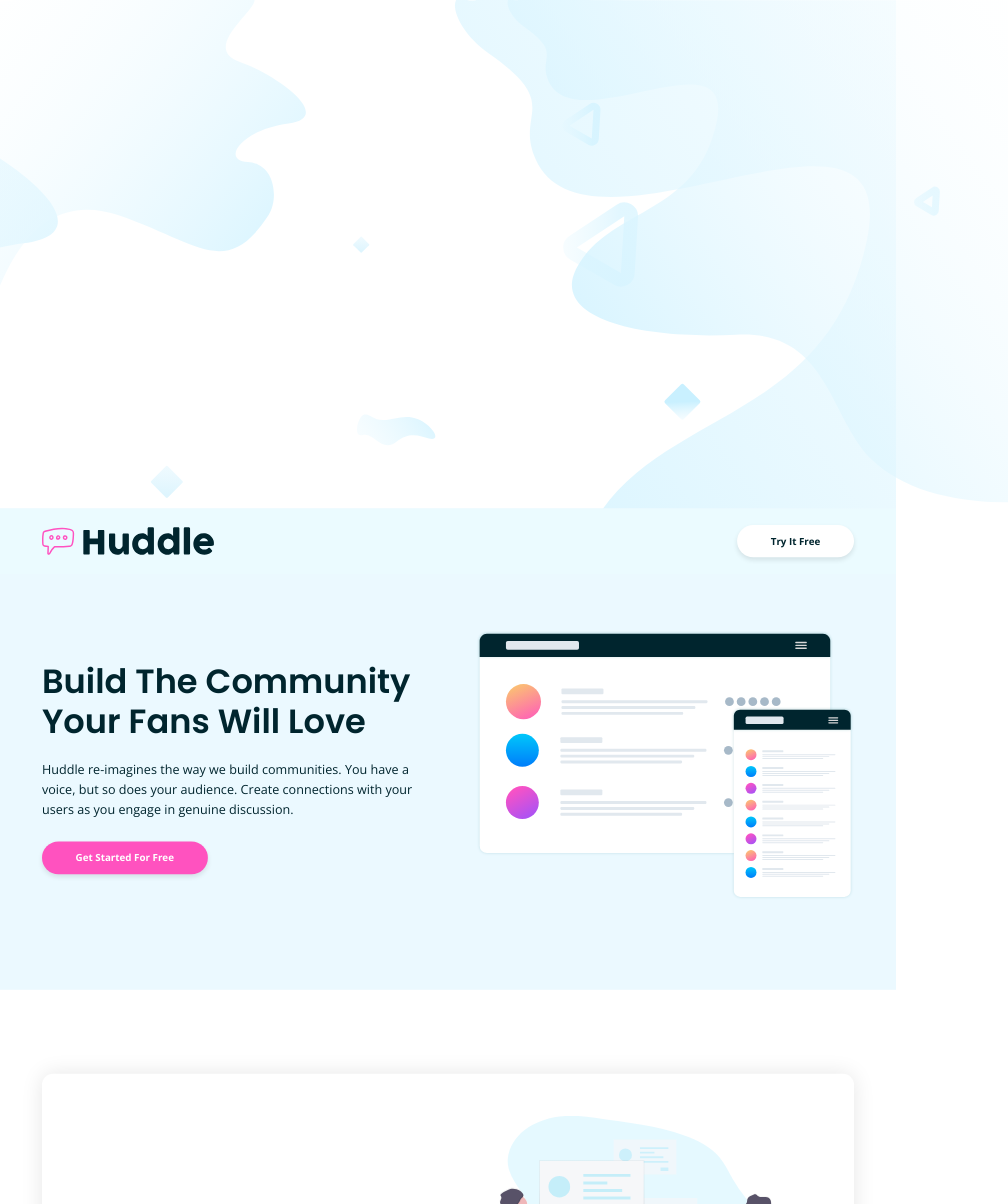
Repository: blordeus/huddle-landing-page
Page: index.html
These files come from the project's save history. The page is drawn as it stood at one moment and after a run of saves; the edit follows.
The browser window is 1280 px wide. The page is 1440 px wide, then 1280 px, so the pictures cover 1440 px, including what lies to the right of the window. The pictures show the part of the page from y = 0 to 1720 px (the page is 4031 px tall before and 3305 px after), at 70% of full size.

Above is the page before, as saved 2025-07-01 11:30:39.

### index.html
<!DOCTYPE html>
<html lang="en">
<head>
  <meta charset="UTF-8">
  <meta name="viewport" content="width=device-width, initial-scale=1.0">
  <link rel="icon" type="image/png" sizes="32x32" href="./images/favicon-32x32.png">
  <title>Frontend Mentor | Huddle landing page with alternating feature blocks</title>

  <!-- Google Fonts -->
  <link rel="preconnect" href="https://fonts.googleapis.com">
  <link rel="preconnect" href="https://fonts.gstatic.com" crossorigin>
  <link href="https://fonts.googleapis.com/css2?family=Poppins:wght@600&family=Open+Sans:wght@400;700&display=swap" rel="stylesheet">
  <link rel="stylesheet" type="text/css" href="styles.css" />

  <!-- Font Awesome for social icons -->
  <link rel="stylesheet" href="https://cdnjs.cloudflare.com/ajax/libs/font-awesome/6.0.0/css/all.min.css">
</head>

<body>
  <section class="bg-wrapper">
    <img src="./images/bg-hero-desktop.svg" alt="">
  <!-- Header -->
  <header class="header">
    <div class="container">
      <div class="header-content">
        <img src="./images/logo.svg" alt="Logo">
        <a href="#" class="btn btn-outline">Try It Free</a>
      </div>
    </div>
  </header>

  <!-- Hero Section -->
  <section class="hero">
    <div class="container">
      <div class="hero-content">
        <div class="hero-text">
          <h1>Build The Community Your Fans Will Love</h1>
          <p>Huddle re-imagines the way we build communities. You have a voice, but so does your audience. Create connections with your users as you engage in genuine discussion.</p>
          <a href="#" class="btn">Get Started For Free</a>
        </div>
        <div class="hero-image">
          <img src="./images/illustration-mockups.svg" alt="Desktop and mobile chat interface showing community conversations">
        </div>
      </div>
    </div>
  </section>
  </section>

  <!-- Features Section -->
  <section class="features">
    <div class="container">
      <div class="feature">
        <div class="feature-content">
          <h2>Grow Together</h2>
          <p>Generate meaningful discussions with your audience and build a strong, loyal community. Think of the insightful conversations you miss out on with a feedback form.</p>
        </div>
        <div class="feature-image">
          <img src="./images/illustration-grow-together.svg" alt="Illustration of people having meaningful conversations and building community">
        </div>
      </div>

      <div class="feature">
        <div class="feature-content">
          <h2>Flowing Conversations</h2>
          <p>You wouldn't paginate a conversation in real life, so why do it online? Our threads have just-in-time loading for a more natural flow.</p>
        </div>
        <div class="feature-image">
          <img src="./images/illustration-flowing-conversation.svg" alt="Illustration of natural flowing conversation interface with seamless chat threads">
        </div>
      </div>

      <div class="feature">
        <div class="feature-content">
          <h2>Your Users</h2>
          <p>It takes no time at all to integrate Huddle with your app's authentication solution. This means, once signed in to your app, your users can start chatting immediately.</p>
        </div>
        <div class="feature-image">
          <img src="./images/illustration-your-users.svg" alt="Illustration showing easy user authentication and immediate chat access">
        </div>
      </div>
    </div>
  </section>

  <!-- Call to Action -->
  <section class="cta">
    <div class="container">
      <h2>Ready To Build Your Community?</h2>
      <a href="#" class="btn">Get Started For Free</a>
    </div>
  </section>

  <!-- Footer -->
  <footer class="footer">
    <div class="container">
      <a href="#" class="footer-logo">
            <img src="./images/logo.svg" alt="">
          </a>
      <div class="footer-content">
        <div class="footer-info">
          <div class="contact-info">
            <div class="contact-item">
              <img src="./images/icon-location.svg" alt="">
              <p>Lorem ipsum dolor sit amet, consectetur adipiscing elit, sed do eiusmod tempor incididunt ut labore et dolore magna aliqua</p>
            </div>
            <div class="contact-item">
              <img src="./images/icon-phone.svg" alt="">
              <p>+1-543-123-4567</p>
            </div>
            <div class="contact-item">
              <img src="./images/icon-email.svg" alt="">
              <p>example@huddle.com</p>
            </div>
          </div>
        </div>

        <div class="footer-links">
          <a href="#">About Us</a>
          <a href="#">What We Do</a>
          <a href="#">FAQ</a>
        </div>

        <div class="footer-links">
          <a href="#">Career</a>
          <a href="#">Blog</a>
          <a href="#">Contact Us</a>
        </div>

        <div class="social-icons">
          <a href="#" class="social-icon" aria-label="Facebook">
            <i class="fab fa-facebook-f"></i>
          </a>
          <a href="#" class="social-icon" aria-label="Twitter">
            <i class="fab fa-twitter"></i>
          </a>
          <a href="#" class="social-icon" aria-label="Instagram">
            <i class="fab fa-instagram"></i>
          </a>
        </div>
      </div>

      <div class="copyright">
        <p>&copy; Copyright 2018 Huddle. All rights reserved.</p>
      </div>
    </div>

    <p class="attribution">
      Challenge by <a href="https://www.frontendmentor.io?ref=challenge" target="_blank">Frontend Mentor</a>.
      Coded by <a href="#">Your Name Here</a>.
    </p>
  </footer>
</body>
</html>

### styles.css
    * {
      margin: 0;
      padding: 0;
      box-sizing: border-box;
    }

    body {
      font-family: 'Open Sans', sans-serif;
      font-size: 18px;
      line-height: 1.6;
      color: hsl(192, 100%, 9%);
    }

    .container {
      max-width: 1200px;
      margin: 0 auto;
      padding: 0 20px;
    }

    .bg-wrapper {
      background-image: url('./images/bg-hero-desktop.svg');
      background-size: cover;
      background-position: center;
    }

    /* Header */
    .header {
      background: hsl(193, 100%, 96%);
      padding: 24px 0;
    }

    .header-content {
      display: flex;
      justify-content: space-between;
      align-items: center;
    }

    .header-content img {
      height: 40px;
    }

    .btn {
      background: hsl(322, 100%, 66%);
      color: white;
      border: none;
      padding: 12px 48px;
      border-radius: 24px;
      font-family: 'Open Sans', sans-serif;
      font-weight: 700;
      font-size: 14px;
      cursor: pointer;
      text-decoration: none;
      display: inline-block;
      transition: opacity 0.3s ease;
      box-shadow: 0 4px 8px rgba(0, 0, 0, 0.1);
    }

    .btn:hover {
      opacity: 0.8;
    }

    .btn-outline {
      background: white;
      box-shadow: 0 4px 8px rgba(0, 0, 0, 0.1);
      color: #00252E;
    }

    .btn-outline:hover {
      color: #808E9A;
    }

    /* Hero Section */
    .hero {
      background: hsl(199, 100%, 96%);
      padding: 80px 0 120px;
    }

    .hero-content {
      display: grid;
      grid-template-columns: 1fr 1fr;
      gap: 80px;
      align-items: center;
    }

    .hero-text h1 {
      font-family: 'Poppins', sans-serif;
      font-weight: 600;
      font-size: 48px;
      line-height: 1.2;
      margin-bottom: 24px;
      color: hsl(192, 100%, 9%);
    }

    .hero-text p {
      font-size: 18px;
      color: hsl(192, 100%, 9%);
      margin-bottom: 32px;
      line-height: 1.6;
    }

    .hero-image {
      text-align: center;
    }

    .hero-image img {
      max-width: 100%;
      height: auto;
    }

    /* Features Section */
    .features {
      padding: 120px 0;
    }

    .feature {
      display: grid;
      grid-template-columns: 1fr 1fr;
      gap: 80px;
      align-items: center;
      margin-bottom: 20px;
      background: white;
      padding: 60px;
      border-radius: 16px;
      box-shadow: 0 0 30px rgba(0, 0, 0, 0.1);
    }

    .feature:nth-child(even) .feature-content {
      order: 2;
    }

    .feature:nth-child(even) .feature-image {
      order: 1;
    }

    .feature h2 {
      font-family: 'Poppins', sans-serif;
      font-weight: 600;
      font-size: 32px;
      margin-bottom: 16px;
      color: hsl(192, 100%, 9%);
    }

    .feature p {
      color: hsl(208, 11%, 55%);
      line-height: 1.6;
    }

    .feature-image {
      text-align: center;
    }

    .feature-image img {
      max-width: 100%;
      height: auto;
    }

    /* Call to Action */
    .cta {
      text-align: center;
      padding: 80px 0;
      background: white;
      width: 50%;
      margin: 0 auto;
      box-sizing: border-box;
      border-radius: 16px;
      box-shadow: 0 0 30px rgba(0, 0, 0, 0.1);
      position: relative;
      z-index: 2;
      transform: translateY(20%);
    }

    .cta a {
      background: hsl(322, 100%, 66%);
      color: white;
      padding: 16px 64px;
      border-radius: 24px;
      font-family: 'Open Sans', sans-serif;
      font-weight: 700;
      font-size: 14px;
      cursor: pointer;
      text-decoration: none;
      display: inline-block;
      transition: opacity 0.3s ease;
      box-shadow: 0 4px 8px rgba(0, 0, 0, 0.1);

    }

    .cta h2 {
      font-family: 'Poppins', sans-serif;
      font-weight: 600;
      font-size: 32px;
      margin-bottom: 32px;
      color: hsl(192, 100%, 9%);
    }

    /* Footer */
    .footer {
      background: hsl(192, 100%, 9%);
      color: white;
      padding: 120px 0 40px;
    }

    .footer-content {
      display: grid;
      grid-template-columns: 2fr 1fr 1fr 1fr;
      gap: 60px;
      margin-bottom: 40px;
    }

    .footer-logo {
      display: flex;
      align-items: center;
      gap: 8px;
      font-family: 'Poppins', sans-serif;
      font-weight: 600;
      font-size: 24px;
      color: white;
      text-decoration: none;
      margin-bottom: 24px;
    }

    .footer-logo .logo-icon {
      background: white;
      color: hsl(322, 100%, 66%);
    }

    .contact-info {
      display: flex;
      flex-direction: column;
      gap: 16px;
    }

    .contact-item {
      display: flex;
      align-items: flex-start;
      gap: 16px;
    }

    .contact-item i {
      margin-top: 4px;
      width: 16px;
    }

    .footer-links {
      display: flex;
      flex-direction: column;
      gap: 12px;
    }

    .footer-links a {
      color: white;
      text-decoration: none;
      transition: color 0.3s ease;
    }

    .footer-links a:hover {
      color: hsl(322, 100%, 66%);
    }

    .social-icons {
      display: flex;
      gap: 16px;
      justify-content: center;
    }

    .social-icon {
      width: 40px;
      height: 40px;
      border: 1px solid white;
      border-radius: 50%;
      display: flex;
      align-items: center;
      justify-content: center;
      color: white;
      text-decoration: none;
      transition: all 0.3s ease;
    }

    .social-icon:hover {
      color: hsl(322, 100%, 66%);
      border-color: hsl(322, 100%, 66%);
    }

    .copyright {
      text-align: center;
      font-size: 14px;
      color: hsl(208, 11%, 55%);
      padding-top: 40px;
      border-top: 1px solid hsl(208, 11%, 55%);
    }

    .attribution {
      font-size: 11px;
      text-align: center;
      margin-top: 20px;
    }

    .attribution a {
      color: hsl(228, 45%, 44%);
    }

    /* Responsive Design */
    @media (max-width: 768px) {
      .container {
        padding: 0 16px;
      }

      .hero {
        background-image: url('./images/bg-hero.svg');
      }

      .header-content {
        flex-direction: column;
        gap: 20px;
      }

      .hero-content {
        grid-template-columns: 1fr;
        gap: 40px;
        text-align: center;
      }

      .hero-text h1 {
        font-size: 32px;
      }

      .feature {
        grid-template-columns: 1fr;
        gap: 40px;
        padding: 40px 20px;
        text-align: center;
      }

      .feature:nth-child(even) .feature-content,
      .feature:nth-child(even) .feature-image {
        order: unset;
      }

      .footer-content {
        grid-template-columns: 1fr;
        gap: 40px;
        text-align: center;
      }

      .social-icons {
        justify-content: center;
      }

      .cta {
        margin: 0 16px;
        padding: 40px 20px;
      }

      .cta h2 {
        font-size: 24px;
      }
    }

After the next 2 saves:
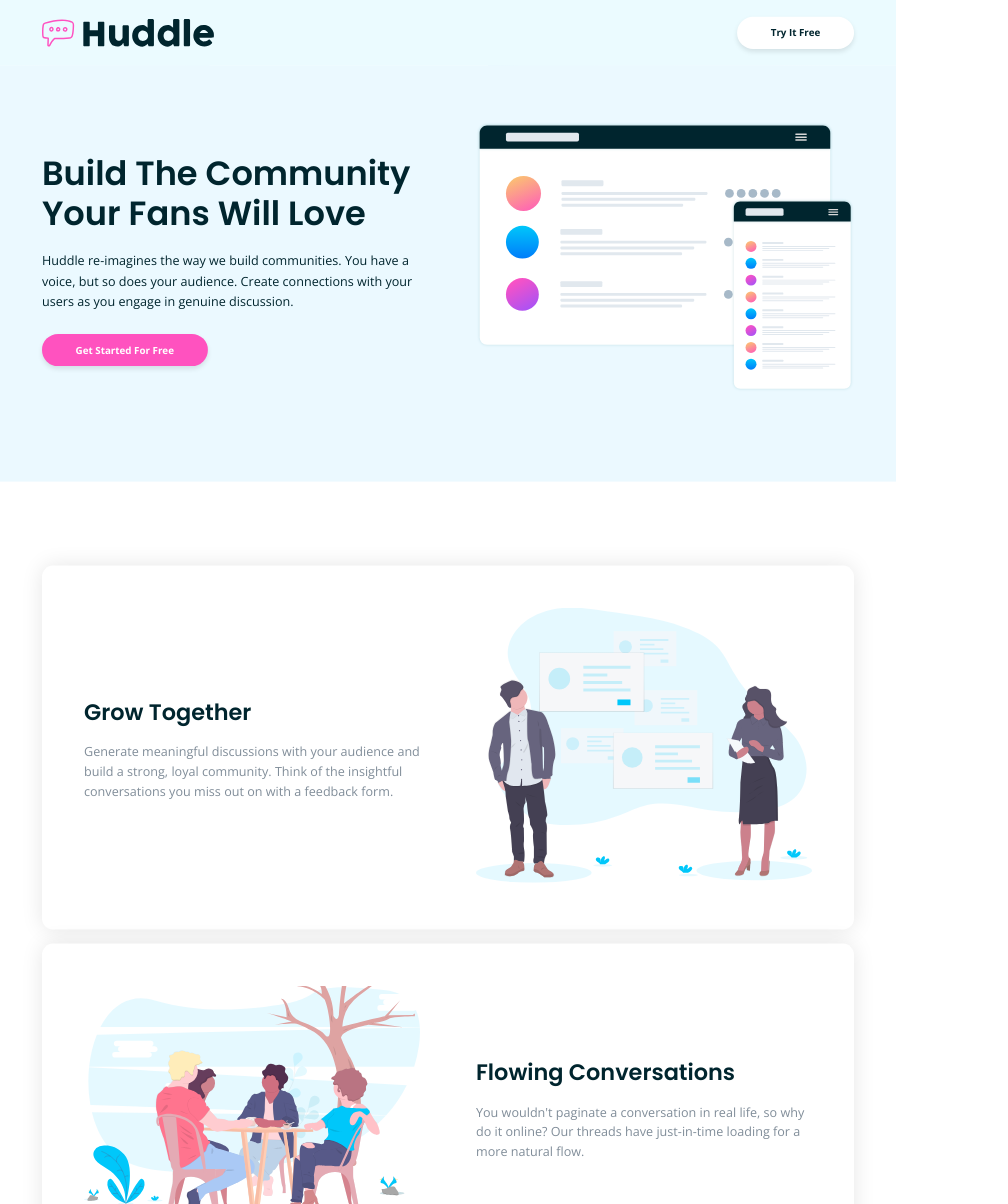
The 2 saves are shown as one change because they came seconds apart.
The last was saved 24 s later.
--- a/index.html
+++ b/index.html
@@ -18,7 +18,6 @@
 
 <body>
   <section class="bg-wrapper">
-    <img src="./images/bg-hero-desktop.svg" alt="">
   <!-- Header -->
   <header class="header">
     <div class="container">
